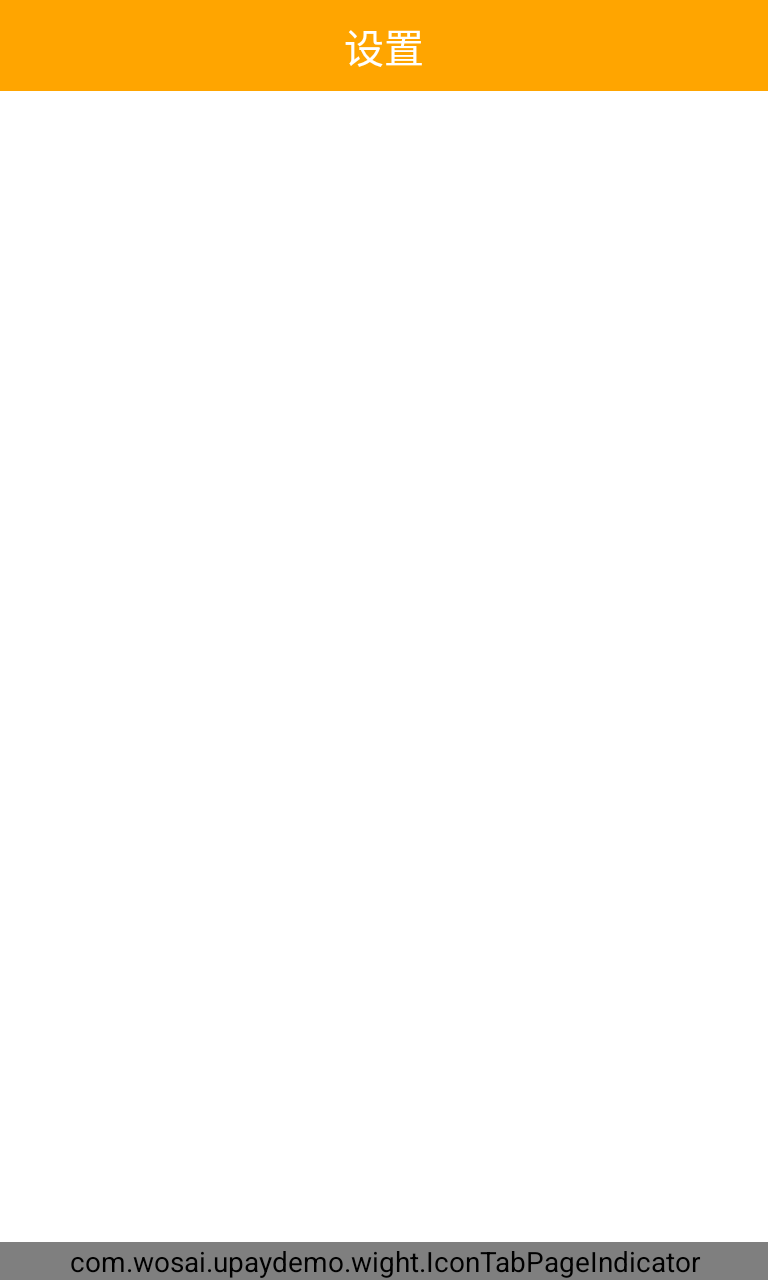
Repository: blanks1314/sysnc_android
Layout: UpayDemo/res/layout/activity_home.xml
These files come from the project's save history. The layout is drawn as it stood at one moment and after the next save; the edit follows.
Pictures or frames that could not be fetched are drawn as grey boxes. It is drawn on a 768 x 1280 px phone screen (xhdpi) without system bars, with theme AppTheme; the app's code is not run. Lists and similar views that code fills are empty.

Above is the layout before, as saved 2015-04-30 02:50:16.

### UpayDemo/res/layout/activity_home.xml
<LinearLayout xmlns:android="http://schemas.android.com/apk/res/android"
    xmlns:tools="http://schemas.android.com/tools"
    android:layout_width="match_parent"
    android:layout_height="match_parent"
    android:orientation="vertical"
    tools:context="${relativePackage}.${activityClass}" >

    <include android:layout_width="match_parent"
        android:layout_height="wrap_content"
        layout="@layout/top_bar"/>

    <android.support.v4.view.ViewPager
        android:id="@+id/vp_content"
        android:layout_width="match_parent"
        android:layout_height="0dp"
        android:layout_weight="1"
        />
    <com.wosai.upaydemo.wight.IconTabPageIndicator
        android:id="@+id/indicator"
        android:layout_width="match_parent"
        android:layout_height="wrap_content"
        />
</LinearLayout>

### UpayDemo/res/values/styles.xml
<resources xmlns:android="http://schemas.android.com/apk/res/android">

    <!--
        Base application theme, dependent on API level. This theme is replaced
        by AppBaseTheme from res/values-vXX/styles.xml on newer devices.




    -->
    <style name="AppBaseTheme" parent="Theme.AppCompat.Light">
        <!--
            Theme customizations available in newer API levels can go in
            res/values-vXX/styles.xml, while customizations related to
            backward-compatibility can go here.




        -->
    </style>

    <!-- Application theme. -->
   <!--  <style name="AppTheme" parent="AppBaseTheme">
        All customizations that are NOT specific to a particular API-level can go here.
    </style> -->

    <style name="AppTheme" parent="Theme.AppCompat.Light">
        <item name="tabView">@style/TabView</item>
        <item name="tabPageIndicator">@style/TabIndicator</item>
    </style>

    <style name="TabIndicator" />

    <style name="TabView">
        <item name="android:addStatesFromChildren">true</item>
        <item name="android:orientation">vertical</item>
        <item name="android:gravity">bottom|center_horizontal</item>
        <item name="android:layout_width">0dp</item>
        <item name="android:background">@android:color/white</item>
        <item name="android:layout_height">match_parent</item>
    </style>

    <style name="text_style_1">
        <item name="android:textSize">16sp</item>
        <item name="android:layout_width">0dp</item>
        <item name="android:layout_weight">1</item>
        <item name="android:layout_height">fill_parent</item>
        <item name="android:gravity">center_vertical</item>
        <item name="android:ellipsize">marquee</item>
        <item name="android:singleLine">true</item>
    </style>
    <style name="edit_style_1">
        <item name="android:textSize">16sp</item>
        <item name="android:layout_width">0dp</item>
        <item name="android:layout_weight">1</item>
        <item name="android:layout_height">fill_parent</item>
        <item name="android:gravity">center_vertical</item>
    </style>

    <style name="spn_style_1">
        <item name="android:textSize">10sp</item>
        <item name="android:layout_width">wrap_content</item>
        <item name="android:layout_height">fill_parent</item>
    </style>

    <style name="linear_style_1">
        <item name="android:layout_width">match_parent</item>
        <item name="android:gravity">center_vertical</item>
        <item name="android:layout_height">40dp</item>
        <item name="android:orientation">horizontal</item>
        <item name="android:layout_marginLeft">5dp</item>
        <item name="android:layout_marginRight">5dp</item>
        <item name="android:layout_marginTop">10dp</item>
    </style>

    <style name="img_btn_1">
        <item name="android:layout_width">wrap_content</item>
        <item name="android:layout_height">wrap_content</item>
        <item name="android:padding">10dp</item>

    </style>


    <style name="btn_style_1">
        <item name="android:layout_width">200dp</item>
        <item name="android:layout_height">wrap_content</item>
        <item name="android:background">@drawable/btn_selecter</item>
        <item name="android:textColor">@color/white</item>
        <item name="android:layout_marginTop">10dp</item>
    </style>

    <style name="btn_style_2">
        <item name="android:layout_width">100dp</item>
        <item name="android:layout_height">wrap_content</item>
        <item name="android:background">@drawable/btn_selecter</item>
        <item name="android:textColor">@color/white</item>
        <item name="android:layout_marginTop">10dp</item>
    </style>

</resources>

### UpayDemo/res/values/attrs.xml
<?xml version="1.0" encoding="utf-8"?>
<resources>
    <declare-styleable name="TabView">
        <attr name="tabPageIndicator" format="reference" />
        <attr name="tabView" format="reference" />
    </declare-styleable>

    <string-array name="currTypes">
        <item >RMB(156)</item>
    </string-array>
</resources>

### UpayDemo/res/layout/top_bar.xml
<?xml version="1.0" encoding="utf-8"?>
<LinearLayout xmlns:android="http://schemas.android.com/apk/res/android"
    android:layout_width="match_parent"
    android:layout_height="match_parent"
    android:orientation="vertical"
    android:background="@color/btn_selecter_2" >

    <TextView android:id="@+id/tv_title"
        android:layout_width="match_parent"
        android:layout_height="wrap_content"
        android:gravity="center_horizontal"
        android:text="@string/setting"
        android:textSize="20sp"
        android:padding="8dp"
        android:textColor="@color/white"
        />


</LinearLayout>

### UpayDemo/res/values/color.xml
<?xml version="1.0" encoding="utf-8"?>
<resources>

    <color name="white">#FFFFFF</color>
    <color name="tab_text_normal">#696969</color>
    <color name="tab_text_selected">#73bf40</color>
    <color name="btn_selecter_1">#3CB371</color>
    <color name="btn_selecter_2">#FFA500</color>
    <color name="text_result">#F5FFFA</color>
    <color name="gray">#dcdcdc</color>

</resources>

### UpayDemo/res/values/strings.xml
<?xml version="1.0" encoding="utf-8"?>
<resources>

    <string name="app_name">UpayDemo</string>
    <string name="hello_world">Hello world!</string>
    <string name="storeid_">StoreId：</string>
    <string name="_03322111001200200000024">03322111001200200000024</string>
    <string name="appid_">AppId：</string>
    <string name="_1001200200000024">1001200200000024</string>
    <string name="appkey_">AppKey：</string>
    <string name="dc1277093df84ff23b885cc776deca13">dc1277093df84ff23b885cc776deca13</string>
    <string name="_orderid">订单号</string>
    <string name="input_orderid">请输入订单号(非必输)</string>
    <string name="amount">交易金额</string>
    <string name="input_amount">请输入交易金额(单位:分)</string>
    <string name="subject">商品名称</string>
    <string name="input_subject">喔噻体验商品</string>
    <string name="currtype">货币类型</string>
    <string name="operator">操作员</string>
    <string name="input_operator">请输入操作员</string>
    <string name="remark">交易描述</string>
    <string name="input_remark">请输入交易描述</string>
    <string name="setting">设置</string>

</resources>

Loaded but not shown: UpayDemo/res/values-v11/styles.xml (common file); UpayDemo/res/values-v14/styles.xml (common file); UpayDemo/res/values/values.xml (657 lines, source omitted)

After the next save:
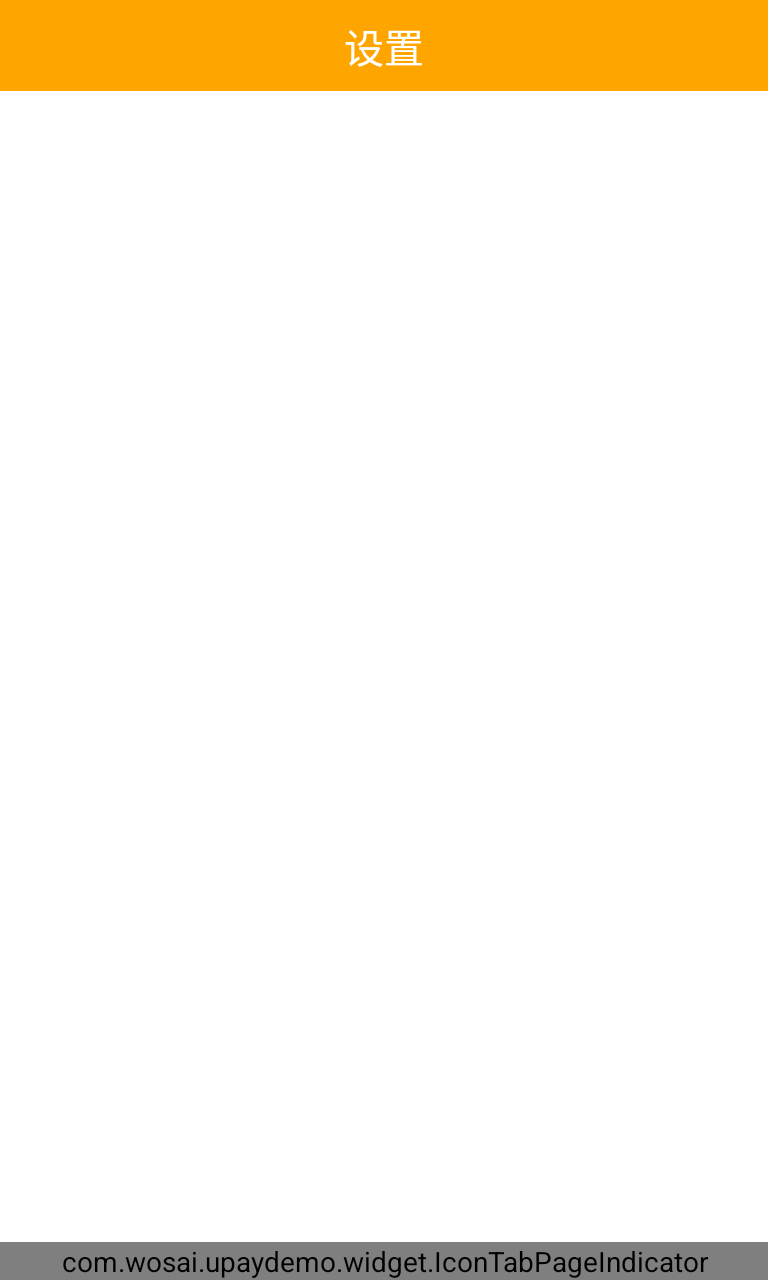
Saved 1 s later.
--- a/UpayDemo/res/layout/activity_home.xml
+++ b/UpayDemo/res/layout/activity_home.xml
@@ -15,7 +15,7 @@
         android:layout_height="0dp"
         android:layout_weight="1"
         />
-    <com.wosai.upaydemo.wight.IconTabPageIndicator
+    <com.wosai.upaydemo.widget.IconTabPageIndicator
         android:id="@+id/indicator"
         android:layout_width="match_parent"
         android:layout_height="wrap_content"
